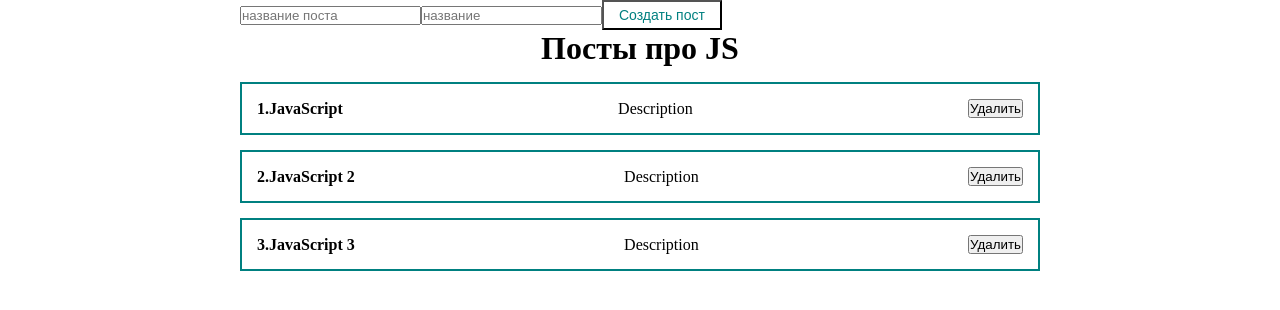
Repository: otvertka/ulb2_react
Page: / (app in jk_project/)
These files come from the project's save history. The page is drawn as it stood at one moment and after a run of saves; the edit follows.
The browser window is 1280 px wide. The pictures show the whole page.
The project was rebuilt for these pictures with package versions that can differ from the ones it lists, and the page was loaded fresh each time. Also part of the build but not shown: jk_project/src/component/Counter.jsx, jk_project/src/component/ClassCounter.jsx.

Above is the page before, as saved 2023-09-08 12:27:42.

After the next 2 saves:
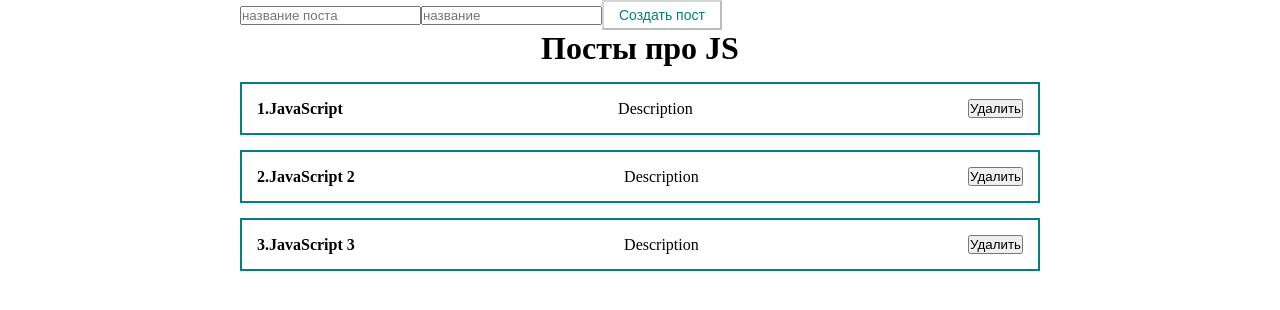
The 2 saves are shown as one change because 1 did not build or start.
The last was saved 2 min 22 s later.
--- a/jk_project/src/component/UI/button/MyButton.jsx
+++ b/jk_project/src/component/UI/button/MyButton.jsx
@@ -2,7 +2,11 @@
 import classes from "./MyButton.module.css";
 
 const MyButton = ({ children, ...props }) => {
-  return <button className={classes.myBtn}>{children}</button>;
+  return (
+    <button disabled="true" className={classes.myBtn}>
+      {children}
+    </button>
+  );
 };
 
 export default MyButton;

After the 2 saves that followed:
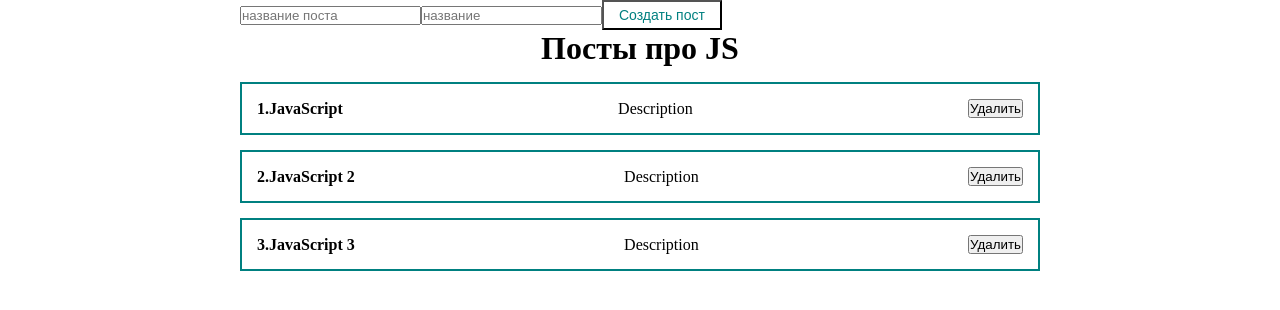
The 2 saves are shown as one change because 1 left the picture as it was.
The last was saved 116 s later.
--- a/jk_project/src/component/UI/button/MyButton.jsx
+++ b/jk_project/src/component/UI/button/MyButton.jsx
@@ -2,11 +2,7 @@
 import classes from "./MyButton.module.css";
 
 const MyButton = ({ children, ...props }) => {
-  return (
-    <button disabled="true" className={classes.myBtn}>
-      {children}
-    </button>
-  );
+  return <button className={classes.myBtn}>{children}</button>;
 };
 
 export default MyButton;
